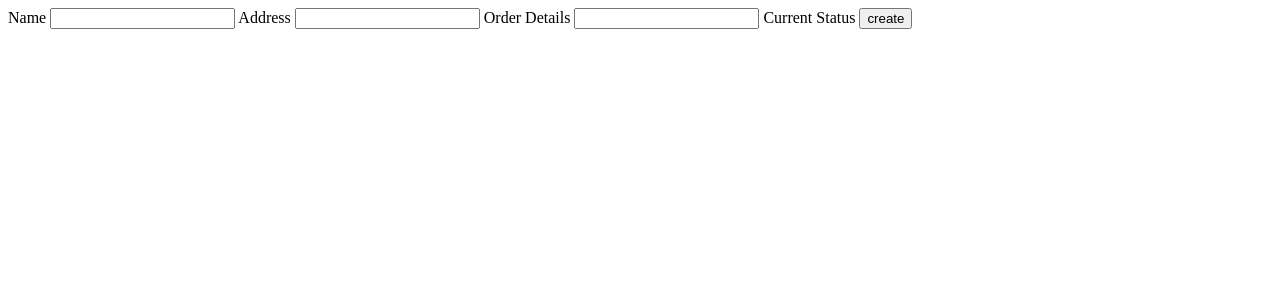
Repository: dhanasekar13/servlet
Page: shoopingjs/war/firstf1.html
An editor plug-in stored every save of this project. The page is shown before and after the next save, followed by the edit.
The browser window is 1280 px wide. The pictures show the whole page.

Above is the page before, as saved 2017-05-11 10:52:50.

### shoopingjs/war/firstf1.html
<!DOCTYPE html>
<html>
<head>
<meta charset="ISO-8859-1">
<script>
</script>
</head>
<body>
<form action="shoopingjs" method="get" onsubmit="script1()">
<label>Name</label>
<input id="a1" name="b1" type="text">
<label>Address</label>
<input id="a2" name="b2" type="text">
<label>Order Details</label>
<input id="a3" name="b3" type="text">
<label>Current Status</label>

<input id="a5" type="submit" value="create">

</form>
</body>
</html>

After the next save:
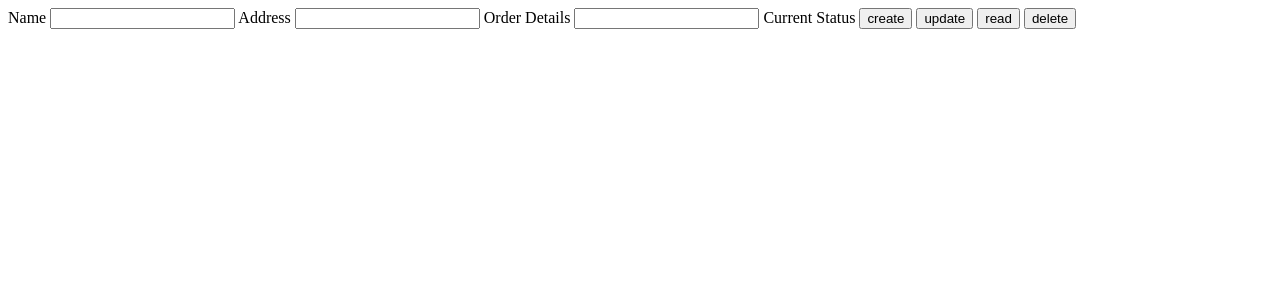
Saved 7 min 8 s later.
--- a/shoopingjs/war/firstf1.html
+++ b/shoopingjs/war/firstf1.html
@@ -15,7 +15,10 @@
 <input id="a3" name="b3" type="text">
 <label>Current Status</label>
 
-<input id="a5" type="submit" value="create">
+<input id="a5" type="button" value="create">
+<input id="a5" type="button" value="update">
+<input id="a5" type="button" value="read">
+<input id="a5" type="button" value="delete">
 
 </form>
 </body>
